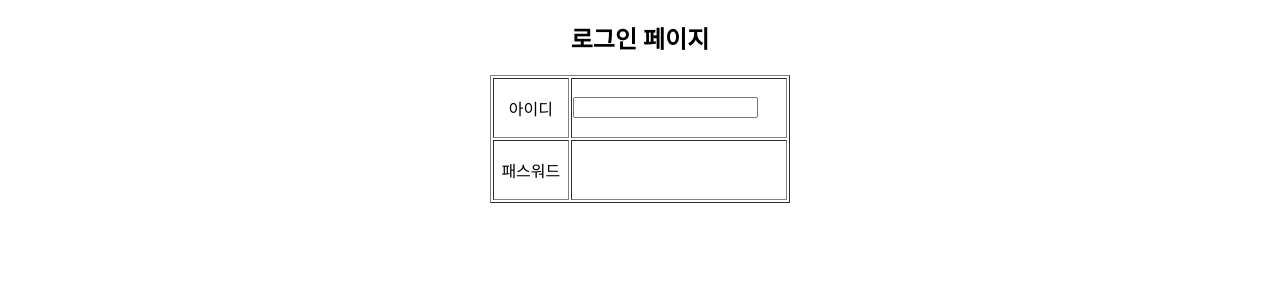
Repository: SuperHamzzi/JSPStudy
Page: http://localhost/JSP01/RequestLogin.jsp
The author's editor kept a copy of each file at every save. The page is drawn from the files as they stood at one save, then again after the next save.
The browser window is 1280 px wide. The pictures show the whole page.
The page is served by Tomcat 9.

Above is the page before, as saved 2023-06-04 08:26:55.

### JSP01/WebContent/RequestLogin.jsp
<%@ page language="java" contentType="text/html; charset=EUC-KR"
    pageEncoding="EUC-KR"%>
<!DOCTYPE html>
<html>
<head>
<meta charset="EUC-KR">
<title>Insert title here</title>
</head>
<body>

	<center>
	<h2> 로그인 페이지 </h2>
	<form action="RequestLoginProc.jsp" method="get">
	<table width="300" border=1>
	<tr height="60">
		<td align="center" width="150"> 아이디</td>
		<td align="left" width="250">
			<input type="text" name="id">
		</td>
	</tr>
	<tr height="60">
		<td align="center" width="150">패스워드</td>
		<td align="left" width="250">
			<input type="text" name="password>
		</td>
	</tr>

	</table>

	</form>
	</center>

</body>
</html>

After the next save:
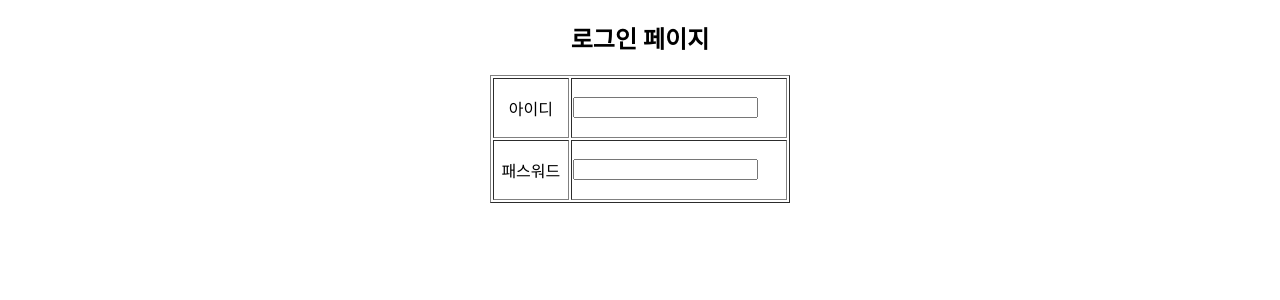
Saved 6 s later.
--- a/JSP01/WebContent/RequestLogin.jsp
+++ b/JSP01/WebContent/RequestLogin.jsp
@@ -21,7 +21,7 @@
 	<tr height="60">
 		<td align="center" width="150">패스워드</td>
 		<td align="left" width="250">
-			<input type="text" name="password>
+			<input type="text" name="password">
 		</td>
 	</tr>
 
